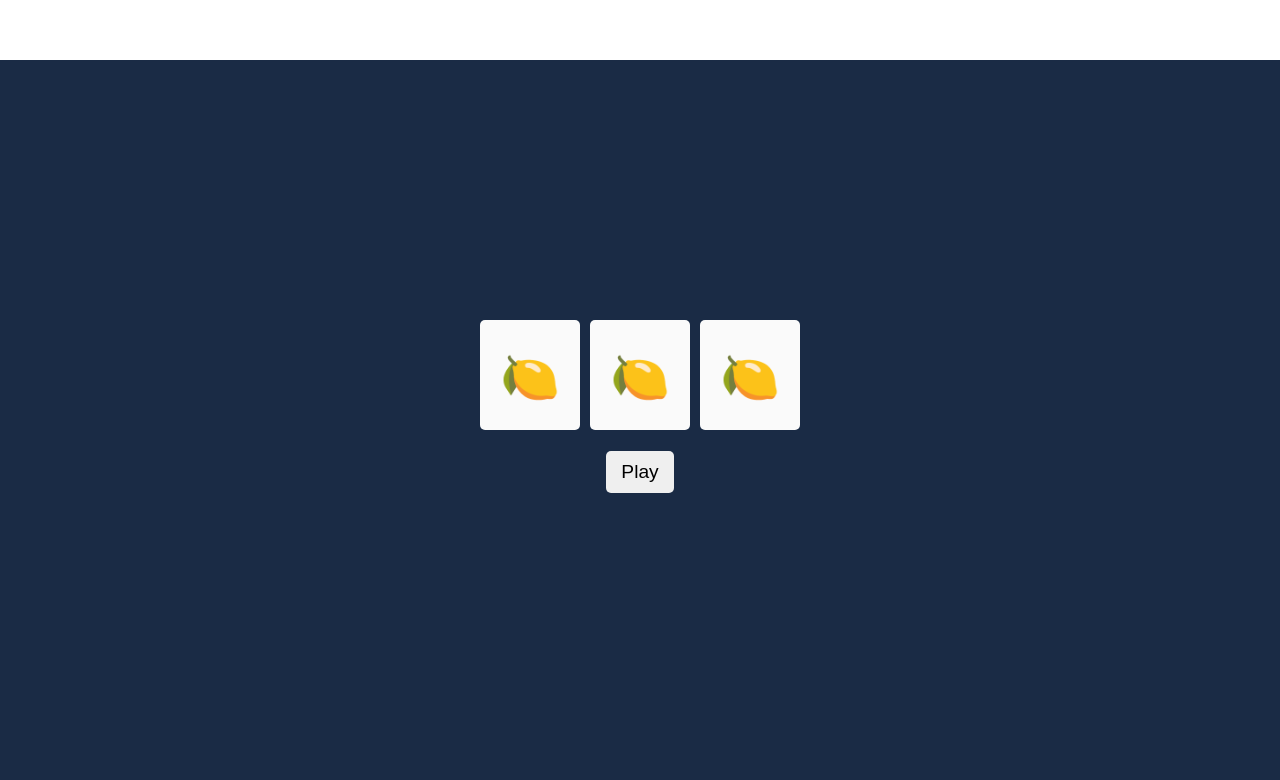
Repository: HERBOD7/slotmachine
Page: /
An editor plug-in stored every save of this project. The page is shown before and after the next save, followed by the edit.
The browser window is 1280 px wide. The pictures show the whole page.
The project was rebuilt for these pictures with package versions that can differ from the ones it lists, and the page was loaded fresh each time. Also part of the build but not shown: vue.config.js.

Above is the page before, as saved 2023-07-23 11:22:41.

### src/App.vue
<template>
  <div id="app">
    <div class="slots">
      <div class="slot" v-for="(symbol, name, i) in symbols" :key="i">
        <SlotBox
          :symbols="symbol"
          :slotName="name"
          :slotIsShuffling="isShuffling"
        />
      </div>
    </div>

    <div class="buttons">
      <button @click="spin" id="spinner">Play</button>
    </div>
  </div>
</template>

<script>
import SlotBox from "./components/SlotBox.vue";

export default {
  name: "App",
  components: {
    SlotBox,
  },
  data() {
    return {
      symbols: {
        firstSlot: ["🍋", "🍉", "🍒", "🍊"],
        secondSlot: ["🍋", "🍉", "🍒", "🍊"],
        thirdSlot: ["🍋", "🍉", "🍒", "🍊"],
      },
      isShuffling: false,
    };
  },
  methods: {
    spin() {
      this.isShuffling = true;
      for (let name in this.symbols) {
        const arr = [];
        arr.push(...this.symbols[name]);
        this.symbols[name] = this.shuffle(arr);
      }
      setTimeout(() => {
        this.isShuffling = false;
      }, 100);
    },
    shuffle(array) {
      for (let i = array.length - 1; i > 0; i--) {
        const j = Math.floor(Math.random() * (i + 1));
        [array[i], array[j]] = [array[j], array[i]];
      }
      return array;
    },
  },
};
</script>

<style>
#app {
  font-family: Avenir, Helvetica, Arial, sans-serif;
  -webkit-font-smoothing: antialiased;
  -moz-osx-font-smoothing: grayscale;
  text-align: center;
  color: #2c3e50;
  margin-top: 60px;
}

body {
  width: 100vw;
  height: 100vh;
  margin: 0;
  padding: 0;
}

#app {
  width: 100%;
  height: 100%;
  background: #1a2b45;
  display: flex;
  flex-direction: column;
  justify-content: center;
  align-items: center;
}

.slots {
  display: flex;
}

.slot {
  background: #fafafa;
  width: 100px;
  height: 110px;
  overflow: hidden;
  border-radius: 5px;
  margin: 5px;
}

/* .boxes {
  transform: translateY(0);
  transition: transform 1s ease-in-out;
}

.box {
  display: flex;
  justify-content: center;
  align-items: center;
  font-size: 3rem;
  height: 110px;
  width: 100px;
}

.firstSlot-animation {
  transform: translateY(3px);
  transition: transform 0.5s ease-in-out;
}

.secondSlot-animation {
  transform: translateY(3px);
  transition: transform 0.8s ease-in-out;
}

.thirdSlot-animation {
  transform: translateY(3px);
  transition: transform 1s ease-in-out;
}

.before-animate {
  transform: translateY(-20px);
}

.blur {
  filter: blur(1px);
} */

.buttons {
  margin: 1rem 0 2rem 0;
}

button {
  cursor: pointer;
  font-size: 1.2rem;
  margin: 0 0.2rem;
  border: none;
  border-radius: 5px;
  padding: 10px 15px;
}

.info {
  position: fixed;
  bottom: 0;
  width: 100%;
  text-align: center;
}
</style>

### src/components/SlotBox.vue
<template>
  <div class="boxes">
    <div
      :class="[
        'box',
        slotIsShuffling ? 'before-animate blur' : slotName + '-animation',
      ]"
      v-for="(item, index) in symbols"
      :key="index"
    >
      {{ item }}
    </div>
  </div>
</template>

<script>
export default {
  name: "SlotBox",
  props: {
    symbols: Array,
    slotIsShuffling: Boolean,
    slotName: String,
  },
};
</script>

<!-- Add "scoped" attribute to limit CSS to this component only -->
<style scoped>
.boxes {
  transform: translateY(0);
  transition: transform 1s ease-in-out;
}

.box {
  display: flex;
  justify-content: center;
  align-items: center;
  font-size: 3rem;
  height: 110px;
  width: 100px;
}

.firstSlot-animation {
  transform: translateY(3px);
  transition: transform 0.5s ease-in-out;
}

.secondSlot-animation {
  transform: translateY(3px);
  transition: transform 0.8s ease-in-out;
}

.thirdSlot-animation {
  transform: translateY(3px);
  transition: transform 1s ease-in-out;
}

.before-animate {
  transform: translateY(-20px);
}

.blur {
  filter: blur(1px);
}
</style>

Loaded but not shown: public/index.html (common file); src/main.js (common file)

After the next save:
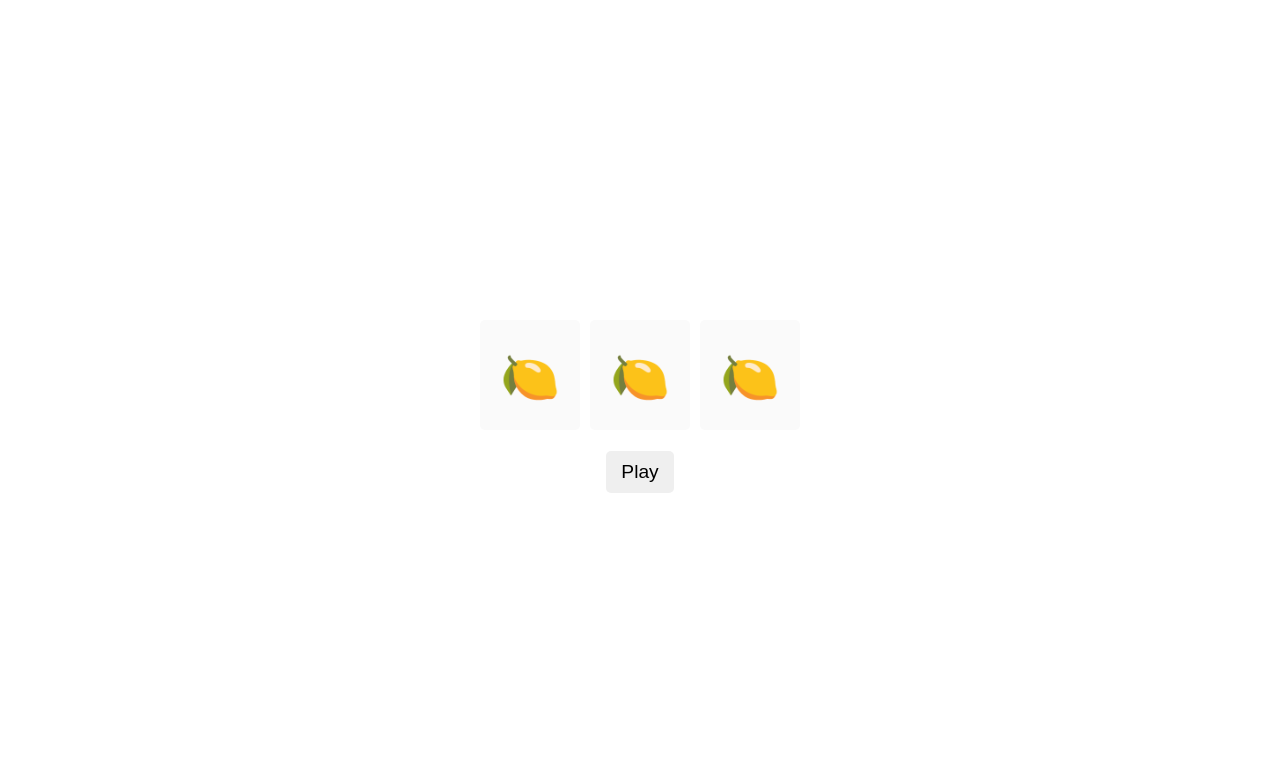
Saved 11 min 21 s later.
--- a/src/App.vue
+++ b/src/App.vue
@@ -77,7 +77,6 @@ body {
 #app {
   width: 100%;
   height: 100%;
-  background: #1a2b45;
   display: flex;
   flex-direction: column;
   justify-content: center;
